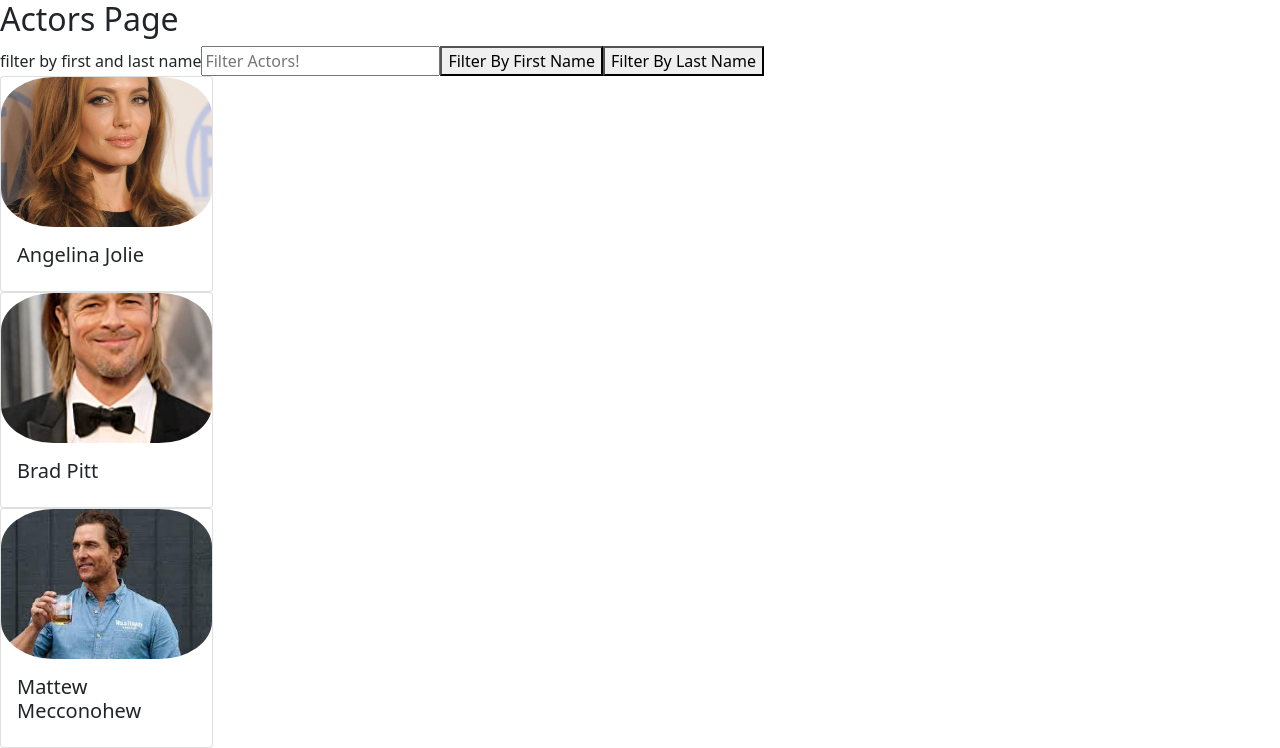
Repository: shuroo/FECourse-react-movieapp
Page: /
An editor plug-in stored every save of this project. The page is shown before and after a run of saves, followed by the edit.
The browser window is 1280 px wide. The pictures show the whole page.
The project was rebuilt for these pictures with package versions that can differ from the ones it lists, and the page was loaded fresh each time. Also part of the build but not shown: src/App.css.

Above is the page before, as saved 2021-07-24 17:43:31.

After the next 2 saves:
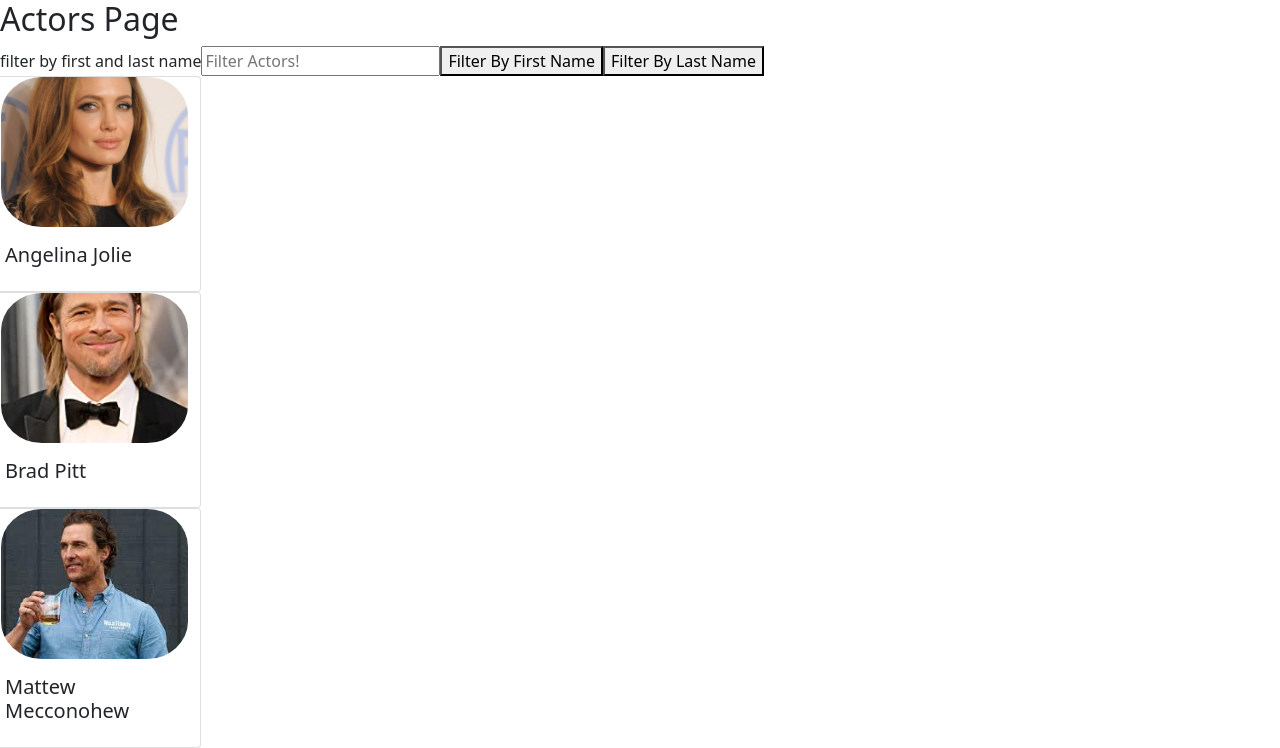
The 2 saves are shown as one change because they came seconds apart.
The last was saved 98 s later.
--- a/src/components/CardComponent.jsx
+++ b/src/components/CardComponent.jsx
@@ -5,7 +5,7 @@
 
 	return (
 
-<div className=" card col col-md-2 col-lg-2 col-sm-2" onClick={(e)=>(window.open(actor.imdbLink, '_blank'))}>
+<div className=" card row col-md-2 col-lg-2 col-sm-2" onClick={(e)=>(window.open(actor.imdbLink, '_blank'))}>
   <img className="actorImg card-img-top" src={actor.image} alt={actor.firstName+" "+actor.lastName}/>
   <div className="card-body">
     <h5 className="card-title">{actor.firstName} {actor.lastName}</h5>

After the 2 saves that followed:
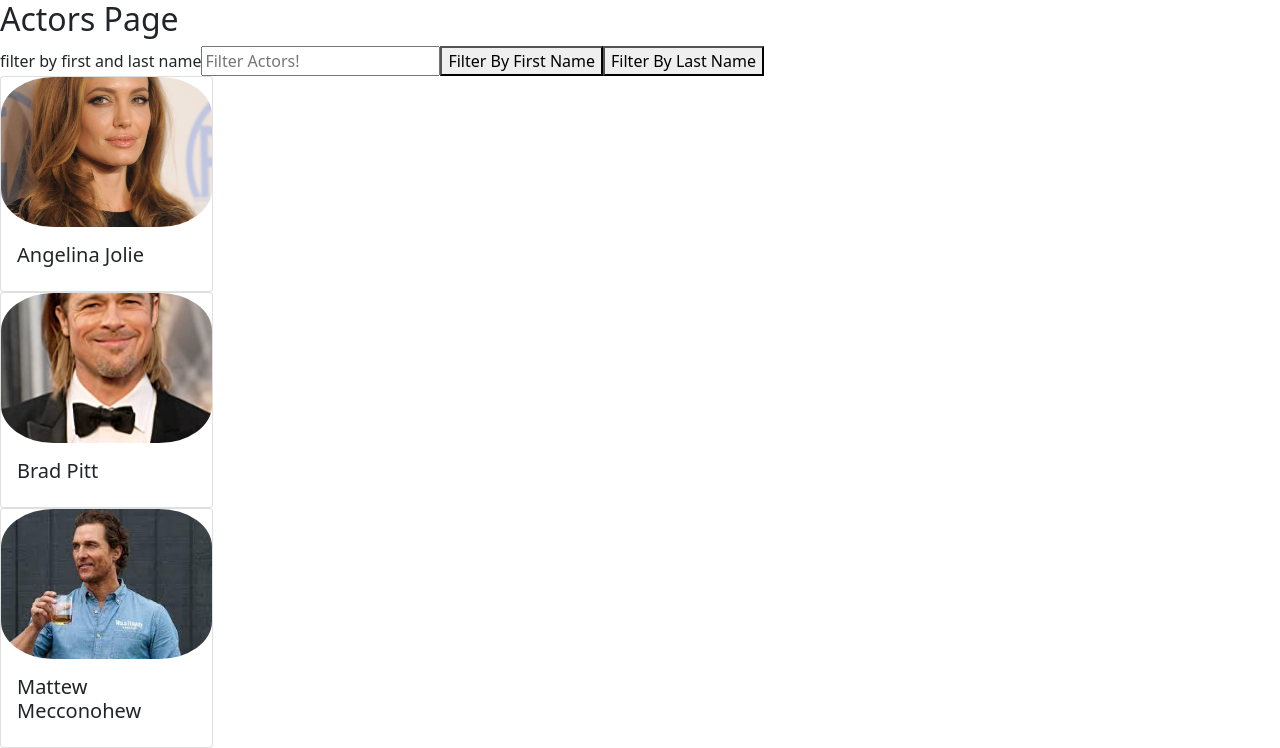
The 2 saves are shown as one change because 1 left the picture as it was.
The last was saved 2 min 4 s later.
--- a/src/components/CardComponent.jsx
+++ b/src/components/CardComponent.jsx
@@ -5,7 +5,7 @@
 
 	return (
 
-<div className=" card row col-md-2 col-lg-2 col-sm-2" onClick={(e)=>(window.open(actor.imdbLink, '_blank'))}>
+<div className=" card col col-md-2 col-lg-2 col-sm-2" onClick={(e)=>(window.open(actor.imdbLink, '_blank'))}>
   <img className="actorImg card-img-top" src={actor.image} alt={actor.firstName+" "+actor.lastName}/>
   <div className="card-body">
     <h5 className="card-title">{actor.firstName} {actor.lastName}</h5>
--- a/src/components/CardComponent.css
+++ b/src/components/CardComponent.css
@@ -6,6 +6,6 @@
 
 .col {
     display: flex;
-    flex-direction: column;
     justify-content: space-around;
+    align-items: flex-start;
 }
